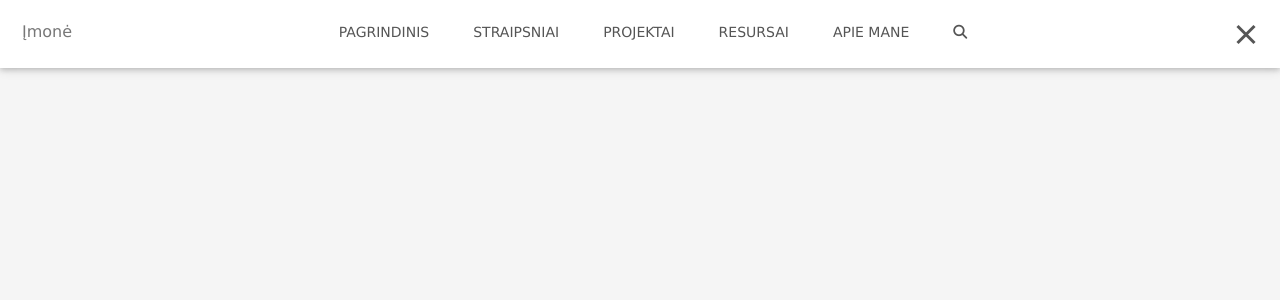
Repository: motiejus1/14-paskaita-05.31
Page: index.html
The author's editor kept a copy of each file at every save. The page is drawn from the files as they stood at one save, then again after the next save.
The browser window is 1280 px wide. The pictures show the whole page.
Some web libraries are served in a nearby version.

Above is the page before, as saved 2021-06-23 19:56:25.

### index.html
<!DOCTYPE html>
<html lang="en">
<head>
    <meta charset="UTF-8">
    <meta http-equiv="X-UA-Compatible" content="IE=edge">
    <meta name="viewport" content="width=device-width, initial-scale=1.0">
    <title>14 paskaita</title>

    <link rel="stylesheet" href="http://maxcdn.bootstrapcdn.com/font-awesome/latest/css/font-awesome.min.css">
    <style>
        html {
            font-size: 16px;
        }

        body {
            max-width: 1920px;
            margin: 0 auto;
            font-family: Verdana, Arial, sans-serif;
            line-height: 1.25rem;
            color:#333;
            background-color: #f5f5f5;
        }

        .container {
            width: 100%;
            margin: auto;
        }

        a {
            text-decoration: none;
            transition: all 0.3s ease;
        }

        .area {
            display: flex;
            /* flex-direction:row; */
            /* flex-wrap: wrap; */

            flex-flow: row wrap;
            align-items: stretch;
            justify-content: space-between;
            margin-left: auto;
        }

        .navbar-component {
            background-color: white;
            box-shadow: 0 2px 5px rgba(0,0,0,0.16), 0 2px 10px rgba(0,0,0,0.12);
        }

        .brand {
            display:block;
            font-size: 1rem;
            color: #777;
            margin: 1.375rem;
        }

        .list {
            display:flex;
        }

        .item {
            display: block;
            height: 4rem;
            line-height: 4rem;
            padding-left: 1.375rem;
            padding-right: 1.375rem;
            text-transform: uppercase;
            color: #555;
            font-size: 0.875rem;
        }

        .item.-link {
            border-bottom: 4px solid transparent;
        }

        .item.-link:hover {
            color: #333;
            border-bottom-color: #673ab7 ;
        }

        .icon {
            position:relative;
        }

        .icon, .icon:after, .icon:before {
            display: block;
            width: 1.5rem;
            height: 0.1875rem;
            background-color: #555555;
            transition: background-color 0.3s linear, transform 0.3s linear;

        }

        .icon:after, .icon:before {
            position:absolute;
            content:"";
        }

        .icon:after {
            top: 0.5rem;
        }

        .icon:before {
            top: -0.5rem;
        }

        .toggle {
            /* display: none; */
            border: 0;
            background-color: transparent;
            cursor: pointer;
            padding: 1.375rem;
        }


        .toggle.active .icon {
            background-color: transparent;
        }

        .toggle.active .icon:before {
            transform: translateY(0.5rem) rotate(45deg);
        }

        .toggle.active .icon:after {
            transform: translateY(-0.5rem) rotate(-45deg);
        }

        .zalia {
            background-color: green ;
        }

        @media screen and (max-width: 720px) {
            .toggle {
                /* display:block; */
            }
        }


    </style>
</head>
<body>
    <div class="container">
        <div class="navbar-component">
            <div class="navbar area">
                <a href="#" class="brand">Įmonė</a>

                <nav id="navigation" class="list">
                    <a href="#" class="item -link">Pagrindinis</a>
                    <a href="#" class="item -link" >Straipsniai</a>
                    <a href="#" class="item -link">Projektai</a>
                    <a href="#"class="item -link">Resursai</a>
                    <a href="#" class="item -link">Apie mane</a>
                    <span class="item">
                        <i class="fa fa-search"></i>
                    </span>
                </nav>

                <button id="hamburger" class="toggle active">
                    <span class="icon"></span>
                </button>

            </div>

        </div>
    </div>

</body>
</html>

After the next save:
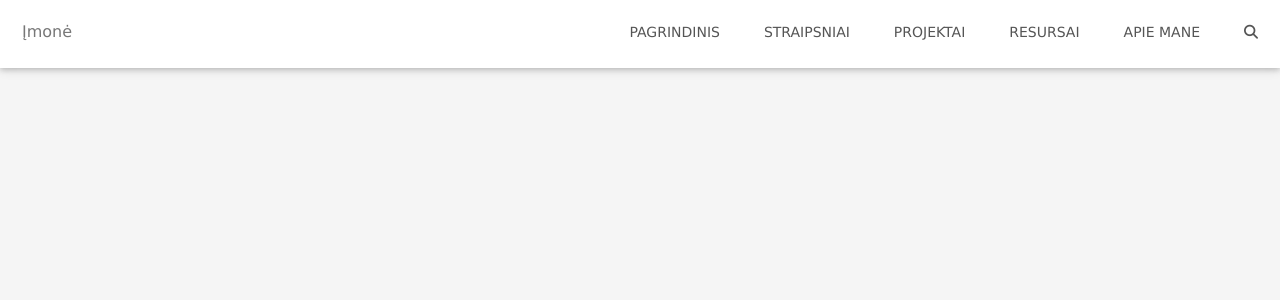
Saved 67 s later.
--- a/index.html
+++ b/index.html
@@ -105,7 +105,7 @@
         }
 
         .toggle {
-            /* display: none; */
+            display: none;
             border: 0;
             background-color: transparent;
             cursor: pointer;
